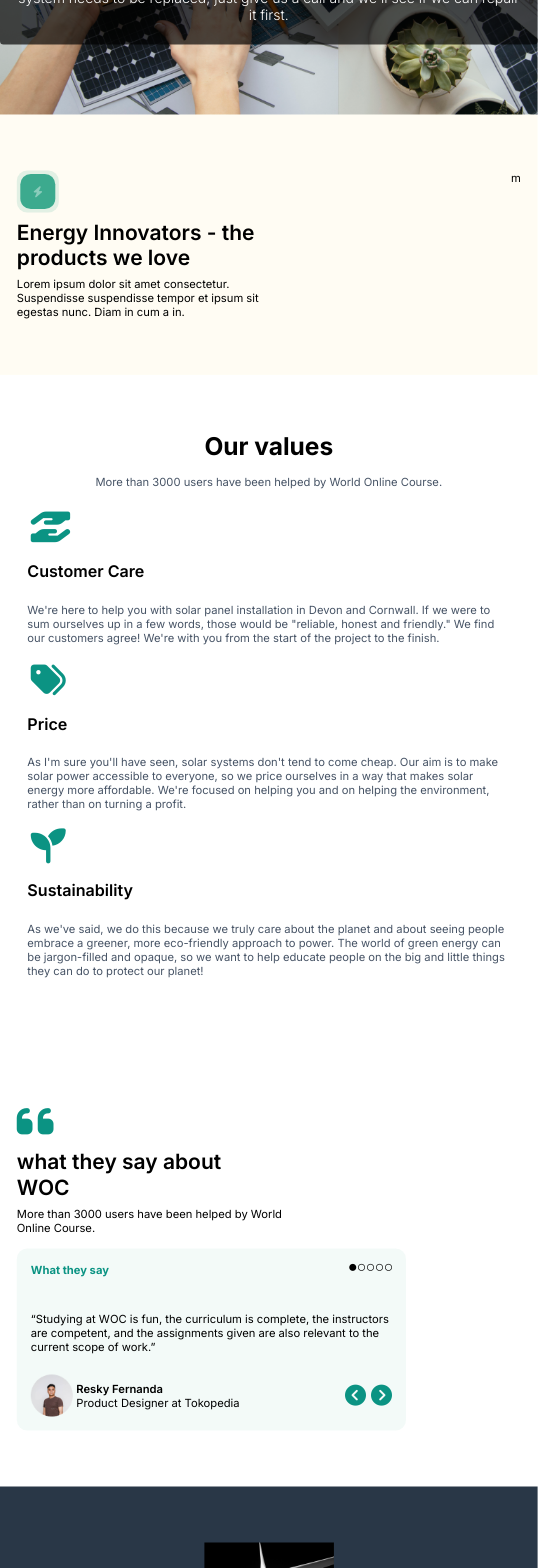
Repository: zeinawady/Solar-Company-Template
Page: index.html
These files come from the project's save history. The page is drawn as it stood at one moment and after the next save; the edit follows.
The browser window is 768 px wide. The pictures show the part of the page from y = 3342 to 5582 px (the page is 6352 px tall before and 6372 px after), at 70% of full size.
Some web fonts or font styles are not loaded; a fallback is used.

Above is the page before, as saved 2024-09-21 14:59:34.

After the next save:
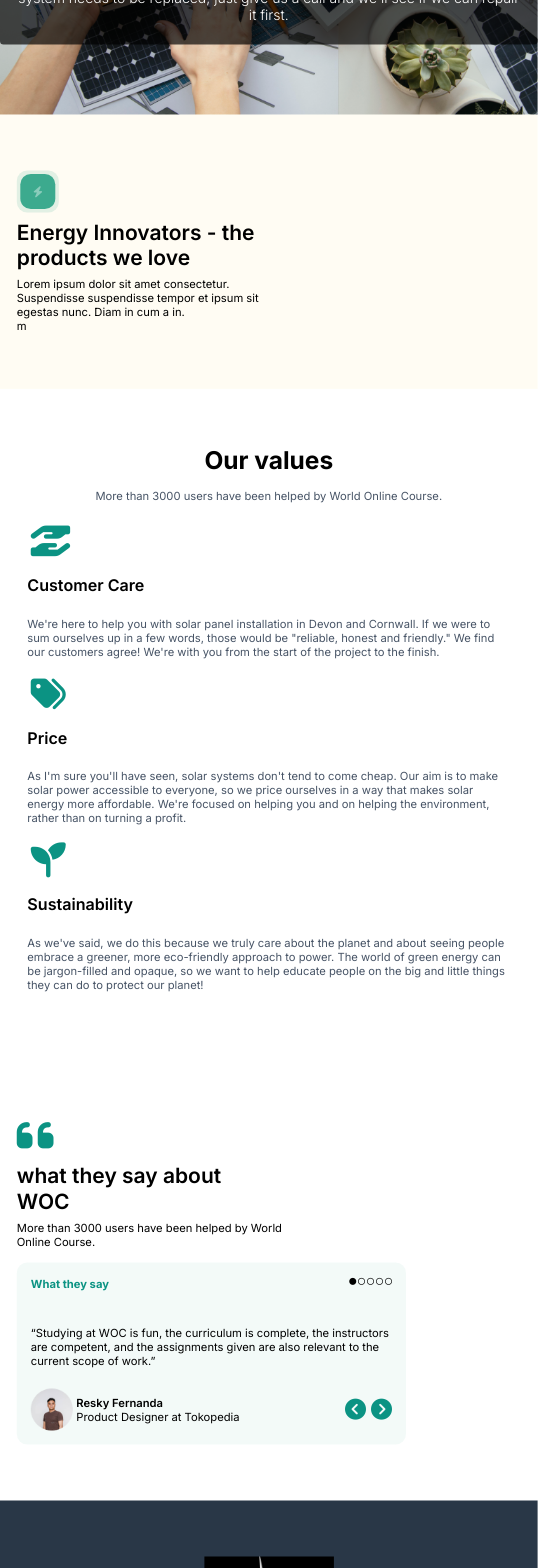
Saved 6 s later.
--- a/css/style.css
+++ b/css/style.css
@@ -494,7 +494,9 @@ progress::-webkit-progress-value {
 
 }
 @media (max-width:768px) {
-    .energy .con
+    .energy .container{
+        flex-direction: column;
+    }
 }
 .energy-text{
     max-width: 360px;
